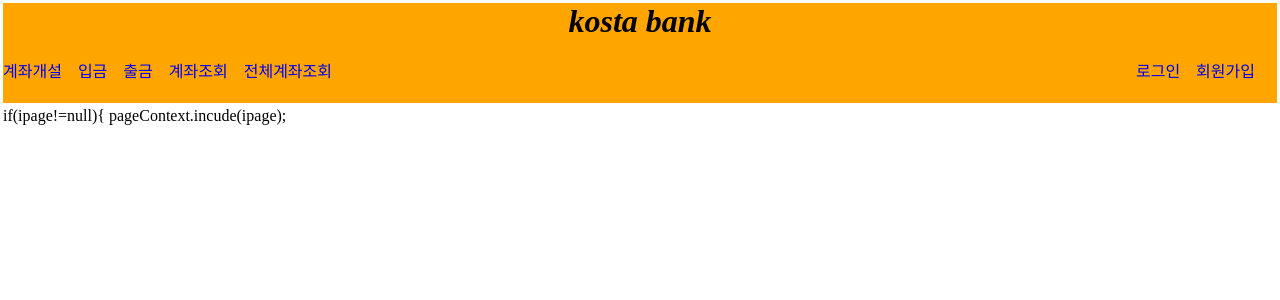
Repository: serendipity63/jsp_workspace
Page: http://localhost/BankProj/main.jsp
These files come from the project's save history. The page is drawn as it stood at one moment and after a run of saves; the edit follows.
The browser window is 1280 px wide. The pictures show the whole page.
The page is served by Tomcat 9. Other server files are loaded and not shown.

Above is the page before, as saved 2023-09-20 01:49:59.

### BankProj/src/main/webapp/main.jsp
<%@ page language="java" contentType="text/html; charset=UTF-8"
	pageEncoding="UTF-8"%>
<!DOCTYPE html>
<html>
<head>
<meta charset="UTF-8">
<title>Insert title here</title>
</head>
<body>
	<table style="width: 100%">
		<thead>
			<tr>
				<td><%@ include file="header.jsp"%></td>

			</tr>

		</thead>
		<tbody>
			<tr>
				<td>
if(ipage!=null){
pageContext.incude(ipage);
				</td>
			</tr>

		</tbody>
	</table>

</body>
</html>

### BankProj/src/main/webapp/header.jsp
<%@ page language="java" contentType="text/html; charset=UTF-8"
	pageEncoding="UTF-8"%>
<!DOCTYPE html>
<style>
*{margin:0 auto;}
a{text-decoration:none;}
.outerDiv{
width:100%;
height:100px;
background-color:orange;

}
 </style>
<div class="outerDiv">
	<i><h1 style="text-align:center;"> kosta bank</h1></i><br>
	<div class= "innerDiv">
	<div style="float:left; margin-right:10px;">
		<a href="main?page=makeaccount.jsp">계좌개설 </a> &nbsp;&nbsp;
		<a href="#">입금 </a> &nbsp;&nbsp;
		<a href="#">출금 </a> &nbsp;&nbsp;
		<a href="#">계좌조회 </a> &nbsp;&nbsp;
		<a href="#">전체계좌조회 </a>&nbsp;&nbsp;
	</div>
	<div style="float:right; margin-right:10px;">
		<a href="#">로그인 </a> &nbsp;&nbsp;
		<a href="#">회원가입 </a> &nbsp;&nbsp;
	</div>
	</div>
</div>

After the next 4 saves:
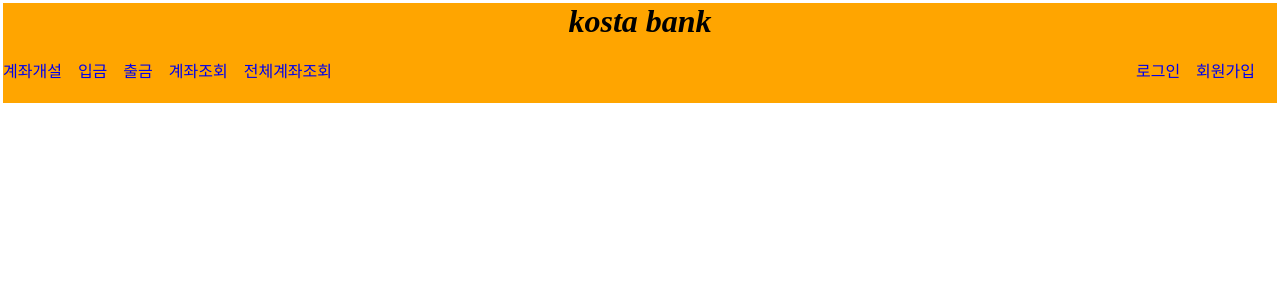
The 4 saves are shown as one change because 3 did not build or start.
The last was saved 100 s later.
--- a/BankProj/src/main/webapp/main.jsp
+++ b/BankProj/src/main/webapp/main.jsp
@@ -7,10 +7,14 @@
 <title>Insert title here</title>
 </head>
 <body>
+<%
+	String ipage= request.getParameter("page");
+%>
 	<table style="width: 100%">
 		<thead>
 			<tr>
-				<td><%@ include file="header.jsp"%></td>
+				<td>
+				<%@ include file="header.jsp"%></td>
 
 			</tr>
 
@@ -18,8 +22,9 @@
 		<tbody>
 			<tr>
 				<td>
-if(ipage!=null){
-pageContext.incude(ipage);
+				<% if(ipage!=null) {
+pageContext.include(ipage);}
+				%>
 				</td>
 			</tr>
 
